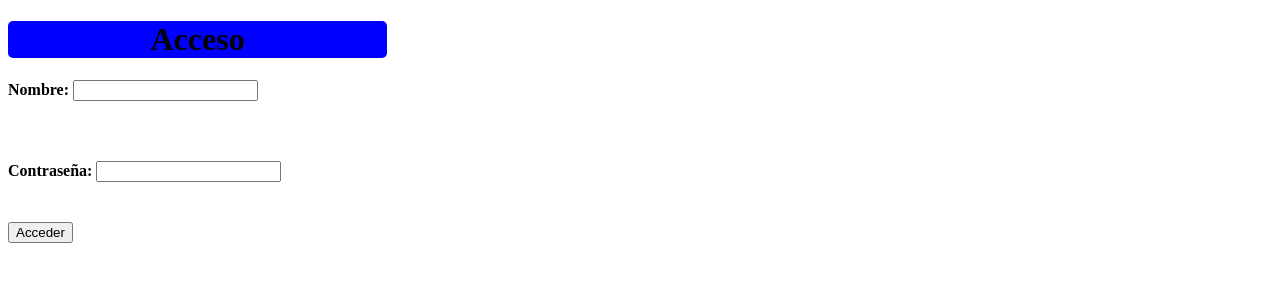
Repository: MateoSantander/Ejercicios4y5
Page: http://localhost/Ejercicio_4/JSP_login.jsp
An editor plug-in stored every save of this project. The page is shown before and after the next save, followed by the edit.
The browser window is 1280 px wide. The pictures show the whole page.
The page is served by Tomcat 9.

Above is the page before, as saved 2022-03-18 13:27:21.

After the next save:
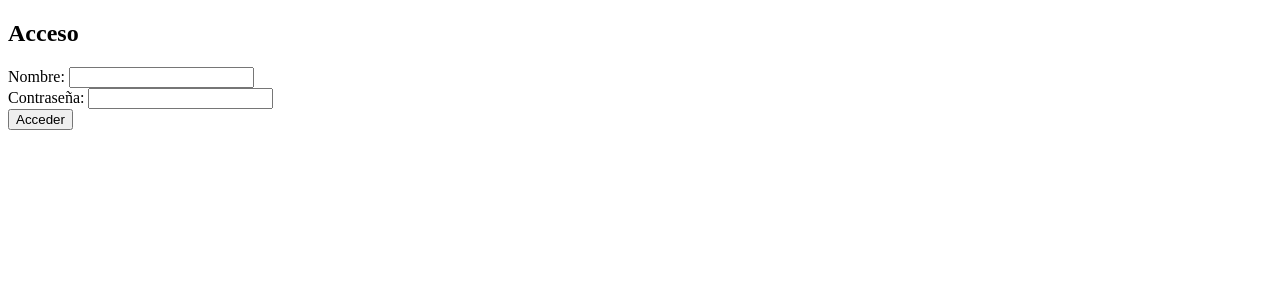
Saved 46 s later.
--- a/Ejercicio_4/src/main/webapp/JSP_login.jsp
+++ b/Ejercicio_4/src/main/webapp/JSP_login.jsp
@@ -8,11 +8,11 @@
 <link rel="stylesheet" href="css/design.css">
 </head>
 <body>
-			<h1>Acceso</h1>
+			<h2>Acceso</h2>
 		<form action="login" method="post">
-			<h4>Nombre: <input type="text" class="form-control" name="username"/></h4>
+			Nombre: <input type="text" class="form-control" name="username"/>
 			<br/>
-			<h4>Contraseña: <input type="password" class="form-control" name="password"/></h4>
+			Contraseña: <input type="password" class="form-control" name="password"/>
 			<br/>
 			<input type="submit" value="Acceder">
 		</form>
